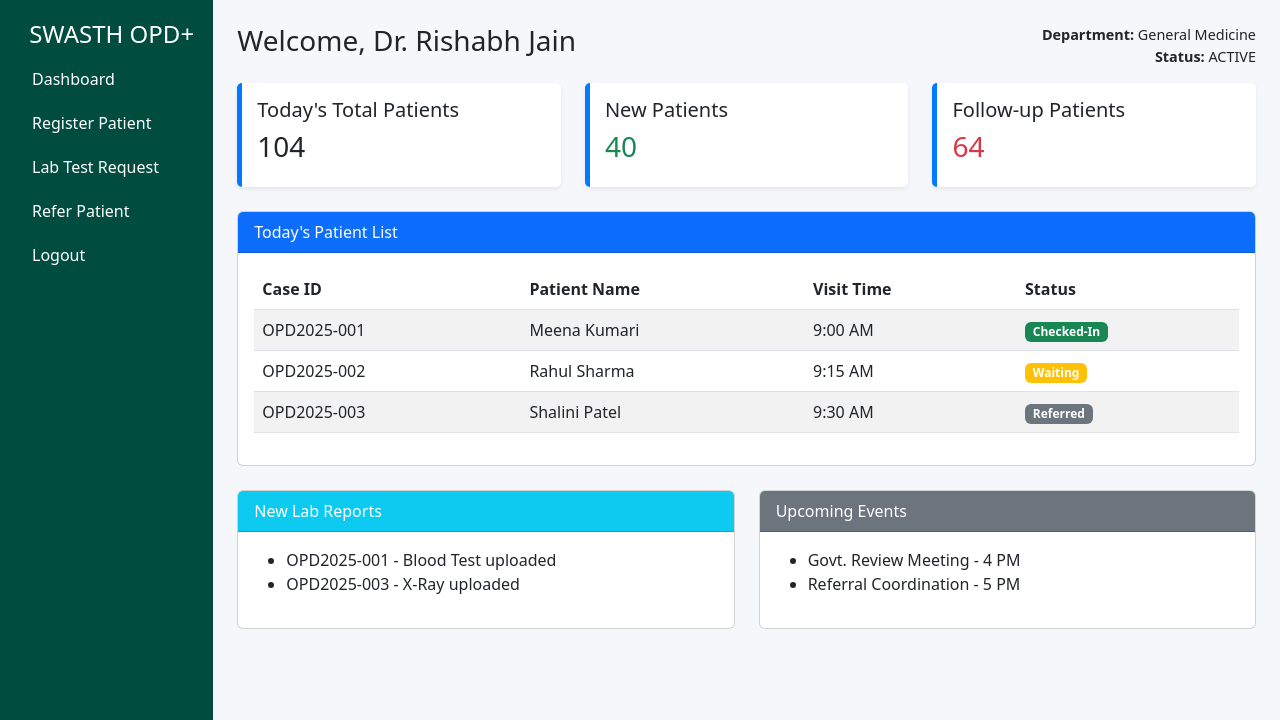
Repository: rishabhacejain/swasth-opd-plus
Page: http://localhost/swasth-opd/WEB-INF/jsps/dashboard.jsp
These files come from the project's save history. The page is drawn as it stood at one moment and after the next save; the edit follows.
The browser window is 1280 px wide. The pictures show the whole page.
The page is served by Tomcat 10. Nobody is signed in. Other server files are loaded and not shown. The template is opened directly, without the code that normally fills it, so the values that code supplies are empty.

Above is the page before, as saved 2025-06-23 20:00:52.

### swasth-opd/src/main/webapp/WEB-INF/jsps/dashboard.jsp
<%@ page contentType="text/html;charset=UTF-8" language="java" %>
<!DOCTYPE html>
<html>
<head>
    <title>SWASTH OPD+ | Doctor Dashboard</title>
    <link href="https://cdn.jsdelivr.net/npm/bootstrap@5.3.0/dist/css/bootstrap.min.css" rel="stylesheet">
    <style>
        body { background-color: #f5f7fa; }
        .sidebar {
            height: 100vh;
            background-color: #004d40;
            color: white;
            padding-top: 20px;
        }
        .sidebar h4 {
            margin-left: 10px;
        }
        .sidebar a {
            color: white;
            display: block;
            padding: 10px 20px;
            text-decoration: none;
        }
        .sidebar a:hover {
            background-color: #00695c;
        }
        .card-box {
            border-left: 5px solid #007bff;
            background: #ffffff;
            padding: 15px;
            border-radius: 5px;
        }
        .profile-info {
            text-align: right;
            font-size: 0.9rem;
        }
    </style>
</head>
<body>

<div class="container-fluid">
    <div class="row">

        <!-- Sidebar -->
        <div class="col-md-2 sidebar">
            <h4 class="text-center">SWASTH OPD+</h4>
            <a href="/dashboard">Dashboard</a>
            <a href="/register-patient">Register Patient</a>
            <a href="/lab-request">Lab Test Request</a>
            <a href="/refer-patient">Refer Patient</a>
            <a href="/logout">Logout</a>
        </div>

        <!-- Main Content -->
        <div class="col-md-10 p-4">
            <div class="d-flex justify-content-between mb-3">
                <h3>Welcome, Dr. Rishabh Jain</h3>
                <div class="profile-info">
                    <strong>Department:</strong> General Medicine<br>
                    <strong>Status:</strong> ACTIVE
                </div>
            </div>

            <!-- Statistics Cards -->
            <div class="row mb-4">
                <div class="col-md-4">
                    <div class="card-box shadow-sm">
                        <h5>Today's Total Patients</h5>
                        <h3>104</h3>
                    </div>
                </div>
                <div class="col-md-4">
                    <div class="card-box shadow-sm border-left-success">
                        <h5>New Patients</h5>
                        <h3 class="text-success">40</h3>
                    </div>
                </div>
                <div class="col-md-4">
                    <div class="card-box shadow-sm border-left-danger">
                        <h5>Follow-up Patients</h5>
                        <h3 class="text-danger">64</h3>
                    </div>
                </div>
            </div>

            <!-- Patient List -->
            <div class="card mb-4">
                <div class="card-header bg-primary text-white">
                    Today's Patient List
                </div>
                <div class="card-body">
                    <table class="table table-striped">
                        <thead>
                        <tr>
                            <th>Case ID</th>
                            <th>Patient Name</th>
                            <th>Visit Time</th>
                            <th>Status</th>
                        </tr>
                        </thead>
                        <tbody>
                        <tr>
                            <td>OPD2025-001</td>
                            <td>Meena Kumari</td>
                            <td>9:00 AM</td>
                            <td><span class="badge bg-success">Checked-In</span></td>
                        </tr>
                        <tr>
                            <td>OPD2025-002</td>
                            <td>Rahul Sharma</td>
                            <td>9:15 AM</td>
                            <td><span class="badge bg-warning">Waiting</span></td>
                        </tr>
                        <tr>
                            <td>OPD2025-003</td>
                            <td>Shalini Patel</td>
                            <td>9:30 AM</td>
                            <td><span class="badge bg-secondary">Referred</span></td>
                        </tr>
                        </tbody>
                    </table>
                </div>
            </div>

            <!-- Lab Reports and Upcoming -->
            <div class="row">
                <div class="col-md-6">
                    <div class="card">
                        <div class="card-header bg-info text-white">New Lab Reports</div>
                        <div class="card-body">
                            <ul>
                                <li>OPD2025-001 - Blood Test uploaded</li>
                                <li>OPD2025-003 - X-Ray uploaded</li>
                            </ul>
                        </div>
                    </div>
                </div>

                <div class="col-md-6">
                    <div class="card">
                        <div class="card-header bg-secondary text-white">Upcoming Events</div>
                        <div class="card-body">
                            <ul>
                                <li>Govt. Review Meeting - 4 PM</li>
                                <li>Referral Coordination - 5 PM</li>
                            </ul>
                        </div>
                    </div>
                </div>
            </div>

        </div>

    </div>
</div>

</body>
</html>

After the next save:
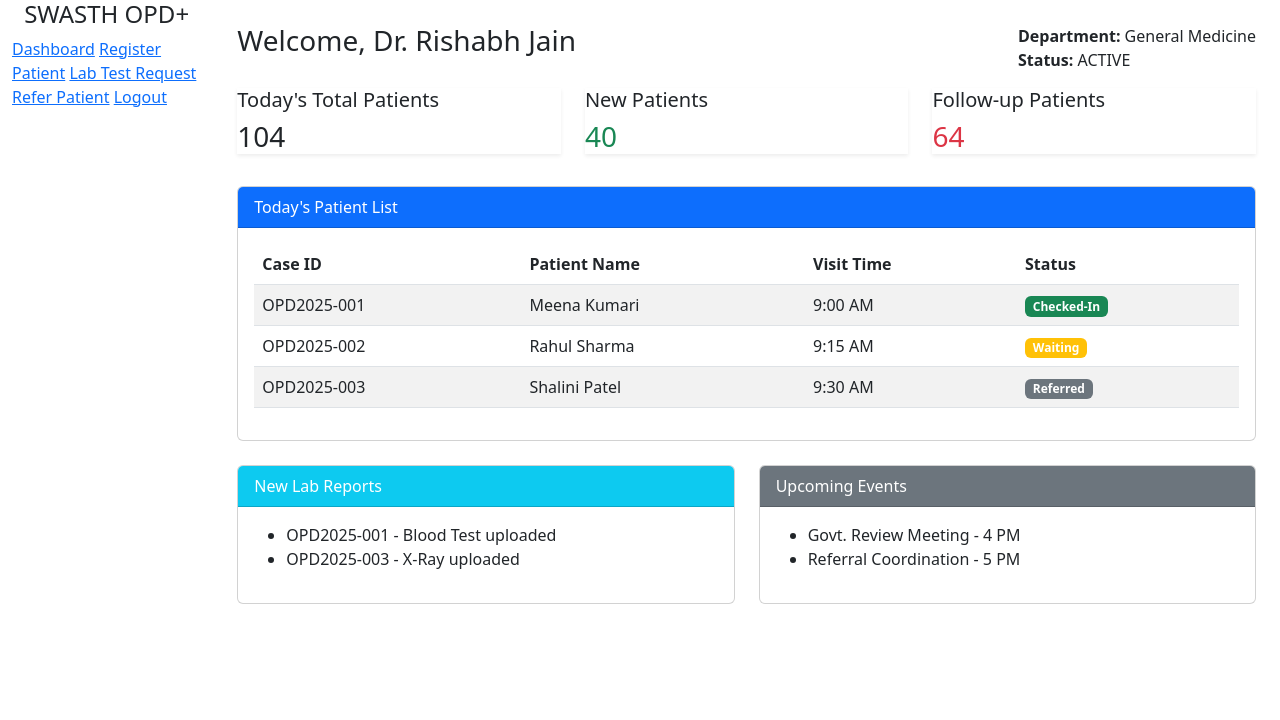
Saved 26 s later.
--- a/swasth-opd/src/main/webapp/WEB-INF/jsps/dashboard.jsp
+++ b/swasth-opd/src/main/webapp/WEB-INF/jsps/dashboard.jsp
@@ -5,35 +5,10 @@
     <title>SWASTH OPD+ | Doctor Dashboard</title>
     <link href="https://cdn.jsdelivr.net/npm/bootstrap@5.3.0/dist/css/bootstrap.min.css" rel="stylesheet">
     <style>
-        body { background-color: #f5f7fa; }
-        .sidebar {
-            height: 100vh;
-            background-color: #004d40;
-            color: white;
-            padding-top: 20px;
-        }
-        .sidebar h4 {
-            margin-left: 10px;
-        }
-        .sidebar a {
-            color: white;
-            display: block;
-            padding: 10px 20px;
-            text-decoration: none;
-        }
-        .sidebar a:hover {
-            background-color: #00695c;
-        }
-        .card-box {
-            border-left: 5px solid #007bff;
-            background: #ffffff;
-            padding: 15px;
-            border-radius: 5px;
-        }
-        .profile-info {
-            text-align: right;
-            font-size: 0.9rem;
-        }
+       <link href="https://cdn.jsdelivr.net/npm/bootstrap@5.3.0/dist/css/bootstrap.min.css" rel="stylesheet">
+<link rel="stylesheet" href="/css/dashboard.css">
+<link rel="stylesheet" href="https://cdn.jsdelivr.net/npm/bootstrap-icons@1.10.5/font/bootstrap-icons.css">
+
     </style>
 </head>
 <body>
